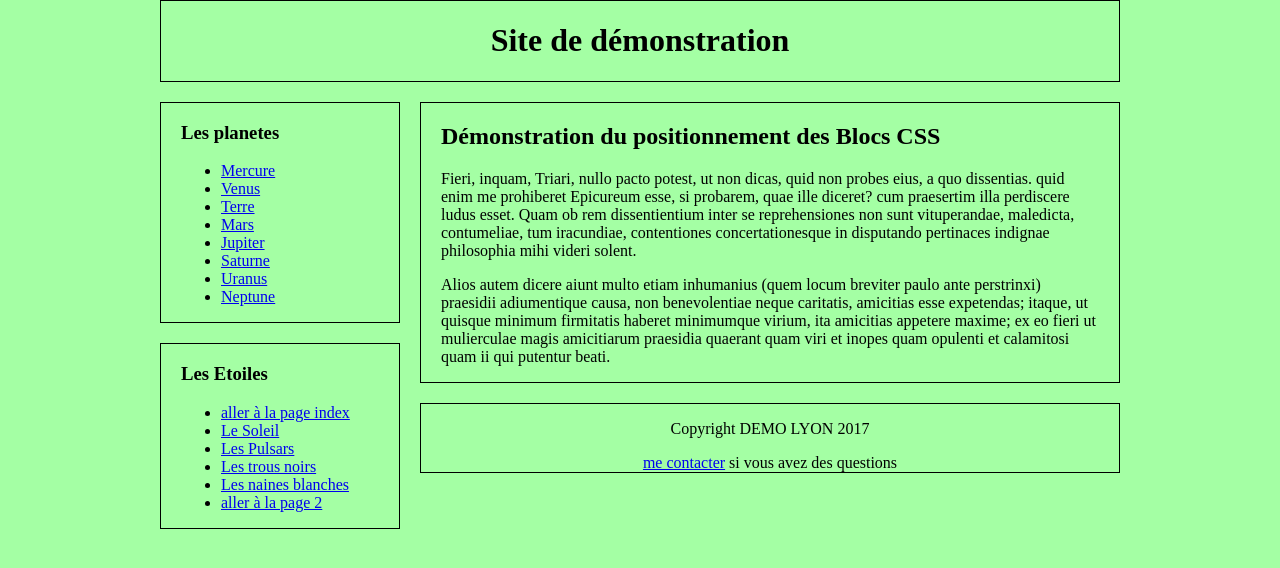
Repository: serviceshuios/-git-reference-java-lyon-worspace
Page: workspaceWeb/ModelePage1/WebContent/formulaire.html
The author's editor kept a copy of each file at every save. The page is drawn from the files as they stood at one save, then again after the next save.
The browser window is 1280 px wide. The pictures show the whole page.

Above is the page before, as saved 2017-04-04 13:58:10.

### workspaceWeb/ModelePage1/WebContent/formulaire.html
<!DOCTYPE html>
<html>
<head>
<meta charset="UTF-8">
<title>modèle 1</title>
<meta name="viewport" content="width=device-width, initial-scale=1.0">
<link rel="stylesheet" href="css/style.css" />
</head>
<body>
	<div id="entete">
		<h1>Site de démonstration</h1>
	</div>
	<div id="nav">
		<div class="block planetes">
			<h3>Les planetes</h3>
			<ul>
				<li><a href="#">Mercure</a></li>
				<li><a href="#">Venus</a></li>
				<li><a href="#">Terre</a></li>
				<li><a href="#">Mars</a></li>
				<li><a href="#">Jupiter</a></li>
				<li><a href="#">Saturne</a></li>
				<li><a href="#">Uranus</a></li>
				<li><a href="#">Neptune</a></li>
			</ul>
		</div>
		<div class="block etoiles">
			<h3>Les Etoiles</h3>
			<ul>
				<li><a href="index.html">aller à la page index</a></li>
				<li><a href="#">Le Soleil</a></li>
				<li><a href="#">Les Pulsars</a></li>
				<li><a href="#">Les trous noirs</a></li>
				<li><a href="#">Les naines blanches</a></li>
				<li><a href="page2.html">aller à la page 2</a></li>
			</ul>
		</div>

	</div>
	<div id="content">
	<div class="block">
		<h2>Démonstration du positionnement des Blocs CSS</h2>
		<p>Fieri, inquam, Triari, nullo pacto potest, ut non dicas, quid non probes eius, a quo dissentias. quid enim me prohiberet Epicureum esse, si probarem, quae ille diceret? cum praesertim illa perdiscere ludus esset. Quam ob rem dissentientium inter se reprehensiones non sunt vituperandae, maledicta, contumeliae, tum iracundiae, contentiones concertationesque in disputando pertinaces indignae philosophia mihi videri solent.</p>
		<p>Alios autem dicere aiunt multo etiam inhumanius (quem locum breviter paulo ante perstrinxi) praesidii adiumentique causa, non benevolentiae neque caritatis, amicitias esse expetendas; itaque, ut quisque minimum firmitatis haberet minimumque virium, ita amicitias appetere maxime; ex eo fieri ut mulierculae magis amicitiarum praesidia quaerant quam viri et inopes quam opulenti et calamitosi quam ii qui putentur beati.</p>
	</div>
	<div class="block footer">
		<p>Copyright DEMO LYON 2017</p>
		<a href="mailto:contact@example.com">me contacter</a> si vous avez des questions
	</div>
	</div>
</body>
</html>

### workspaceWeb/ModelePage1/WebContent/css/style.css
@CHARSET "UTF-8";
/*Si la taille de l'écran est inférieure à 681px*/
@media screen and (max-width:680px) {
	body {
		background-color: #ffd688;
		width:100%;
		margin: 0 auto;
	}
	#entete {
		border: 1px solid black;
		margin-bottom: 20px;
		padding: 0 20 px;
		text-align: center;
	}
	#nav {
		width: 100%;
	}
	#content {
		width: 100%;

	}
	.block {
		border: 1px solid black;
		margin-bottom: 20px;
		padding: 0 20px;
	}
	.footer {
		text-align: center;
	}
}

/*Si la taille de l'écran est comprise entre 681px et 1279px*/
@media screen and (min-width:681px) and (max-width:1279px) {
	body {
		background-color: #0080ff;
		width: 100%;
		margin:0 auto;
	}
	#entete {
		border: 1px solid black;
		margin-bottom: 20px;
		padding: 0 20 px;
		text-align: center;
	}
	#nav {
		width: 100%;
		float: left;
	}
	#content {
		width: 100%;
		float: right;
	}
	.planetes {
		float:left;
		width:45%;
	}
	.etoiles {
		float:right;
		width:45%;
	}
	.block {
		border: 1px solid black;
		margin-bottom: 20px;
		padding: 0 1%;
	}
	.footer {
		text-align: center;
	}
}

/*Si la taille de l'écran est supérieure à 1279px*/
@media screen and (min-width:1280px) {
	body {
		width: 960px;
		margin: 0 auto;
		background-color: #a4ffa4;
	}
	#entete {
		border: 1px solid black;
		margin-bottom: 20px;
		padding: 0 20 px;
		text-align: center;
	}
	#nav {
		width: 240px;
		float: left;
	}
	#content {
		width: 700px;
		float: right;
	}
	.block {
		border: 1px solid black;
		margin-bottom: 20px;
		padding: 0 20px;
	}
	.footer {
		text-align: center;
	}
}

After the next save:
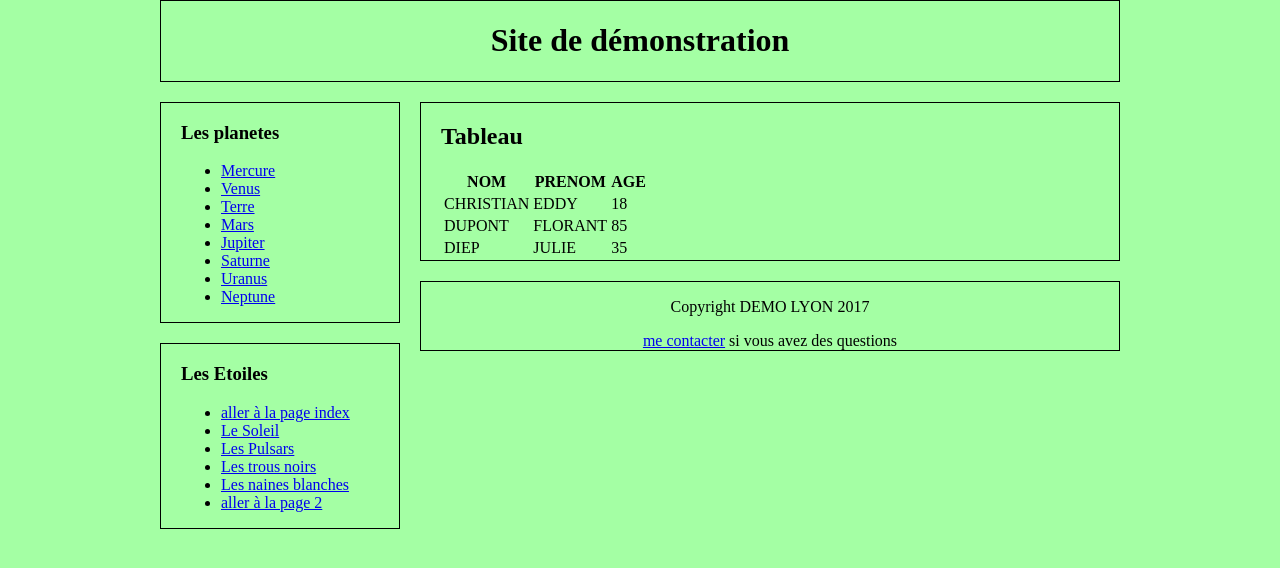
Saved 11 min 16 s later.
--- a/workspaceWeb/ModelePage1/WebContent/formulaire.html
+++ b/workspaceWeb/ModelePage1/WebContent/formulaire.html
@@ -39,9 +39,30 @@
 	</div>
 	<div id="content">
 	<div class="block">
-		<h2>Démonstration du positionnement des Blocs CSS</h2>
-		<p>Fieri, inquam, Triari, nullo pacto potest, ut non dicas, quid non probes eius, a quo dissentias. quid enim me prohiberet Epicureum esse, si probarem, quae ille diceret? cum praesertim illa perdiscere ludus esset. Quam ob rem dissentientium inter se reprehensiones non sunt vituperandae, maledicta, contumeliae, tum iracundiae, contentiones concertationesque in disputando pertinaces indignae philosophia mihi videri solent.</p>
-		<p>Alios autem dicere aiunt multo etiam inhumanius (quem locum breviter paulo ante perstrinxi) praesidii adiumentique causa, non benevolentiae neque caritatis, amicitias esse expetendas; itaque, ut quisque minimum firmitatis haberet minimumque virium, ita amicitias appetere maxime; ex eo fieri ut mulierculae magis amicitiarum praesidia quaerant quam viri et inopes quam opulenti et calamitosi quam ii qui putentur beati.</p>
+		<h2>Tableau</h2>
+		<table>
+			<tr>
+				<th>NOM</th>
+				<th>PRENOM</th>
+				<th>AGE</th>
+			</tr>
+			<tr>
+				<td>CHRISTIAN</td>
+				<td>EDDY</td>
+				<td>18</td>
+			</tr>
+			<tr>
+				<td>DUPONT</td>
+				<td>FLORANT</td>
+				<td>85</td>
+			</tr>
+			<tr>
+				<td>DIEP</td>
+				<td>JULIE</td>
+				<td>35</td>
+			</tr>
+		</table>
+
 	</div>
 	<div class="block footer">
 		<p>Copyright DEMO LYON 2017</p>
